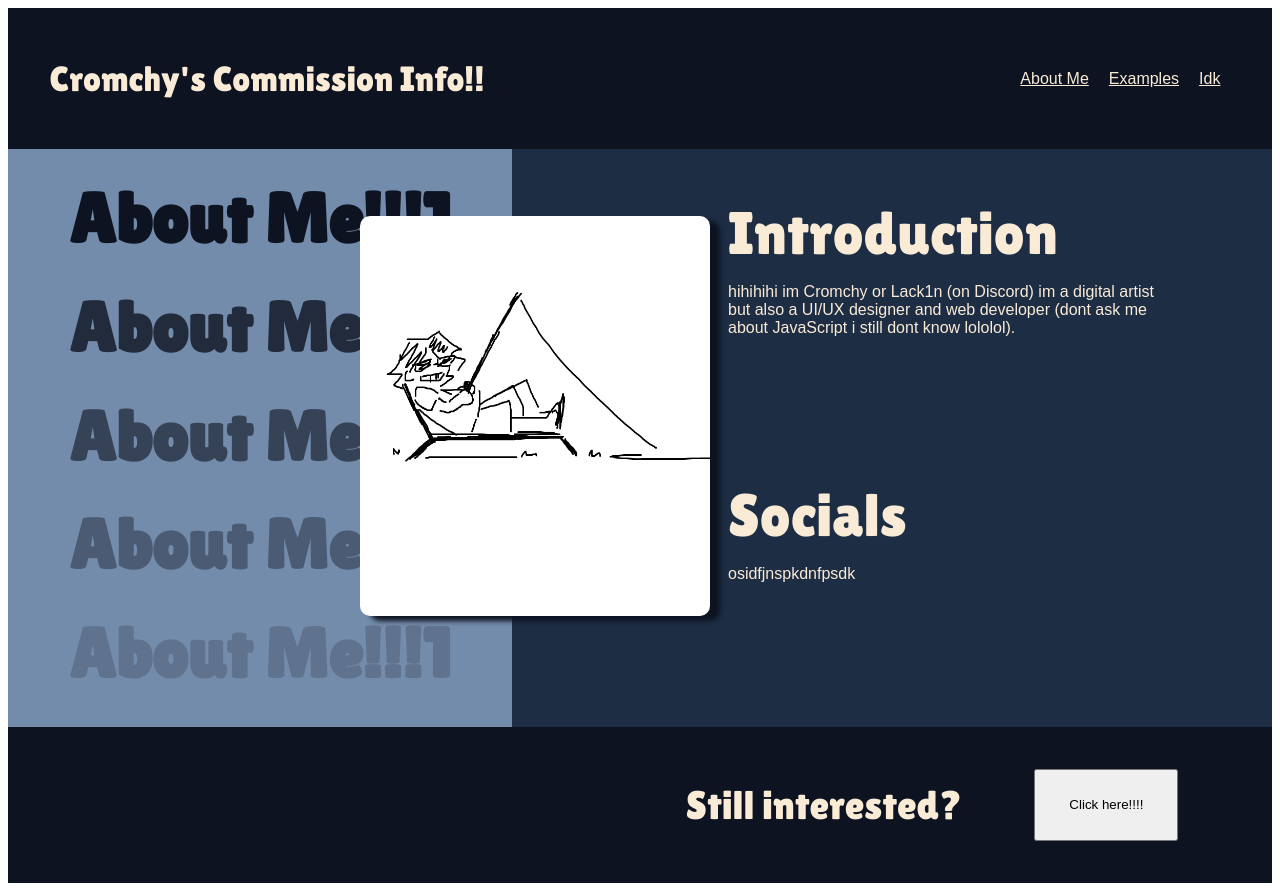
Repository: crackaLack1n/Cromchys_Commission_Site
Page: /
An editor plug-in stored every save of this project. The page is shown before and after the next save, followed by the edit.
The browser window is 1280 px wide. The pictures show the whole page.
The project was rebuilt for these pictures with package versions that can differ from the ones it lists, and the page was loaded fresh each time. The framework's server and built-in components were replaced by stand-ins that run in the browser. Also part of the build but not shown: next.config.mjs.

Above is the page before, as saved 2024-06-11 16:27:04.

After the next save:
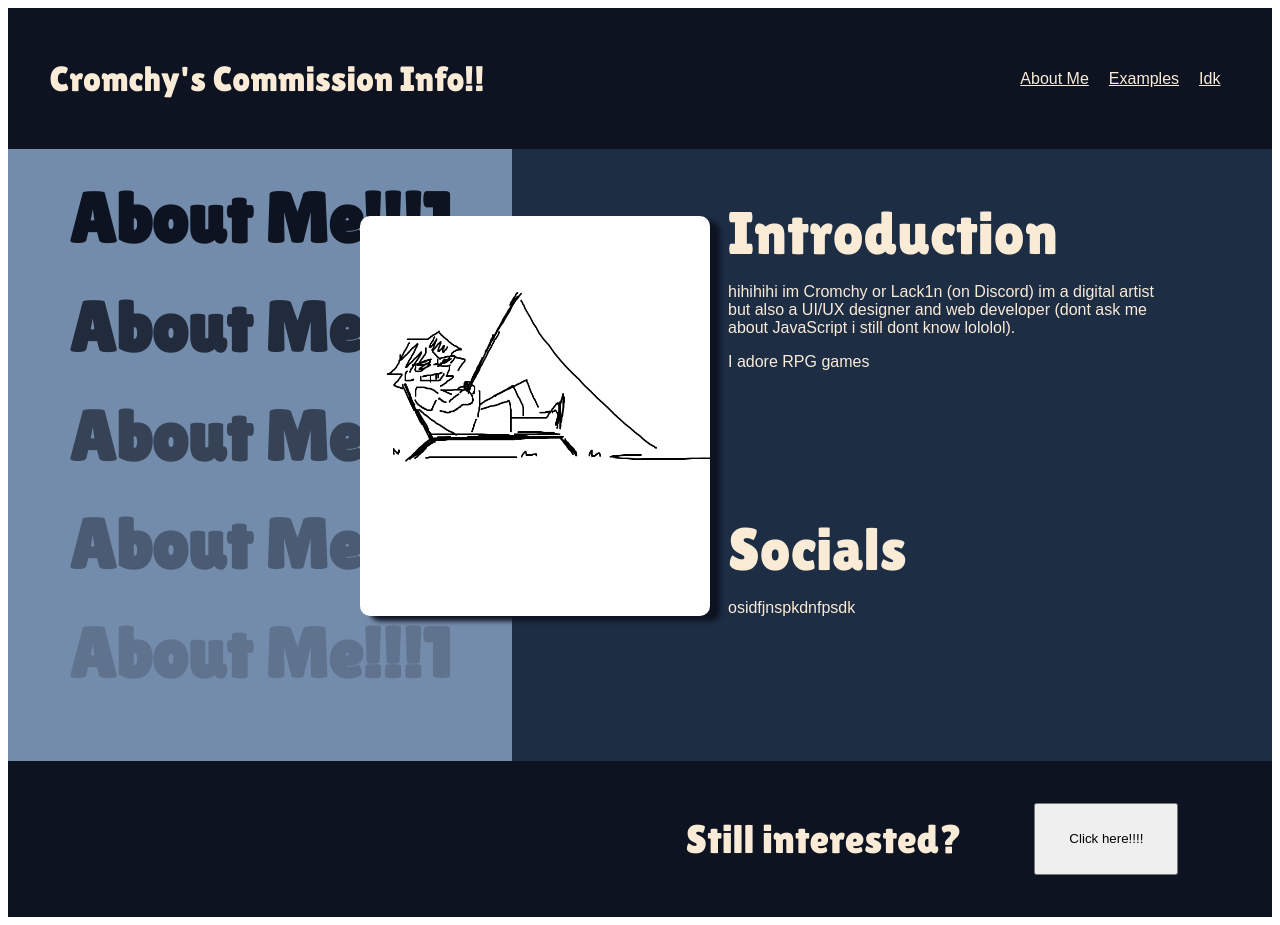
Saved 13 s later.
--- a/pages/index.js
+++ b/pages/index.js
@@ -45,7 +45,7 @@ export default function Home() {
                   but also a UI/UX designer and web developer (dont ask me about JavaScript i still dont know lololol).
                 </p>
                 <p>
-
+                  I adore RPG games
                 </p>
               </div>
               <div className={styles.section}>
